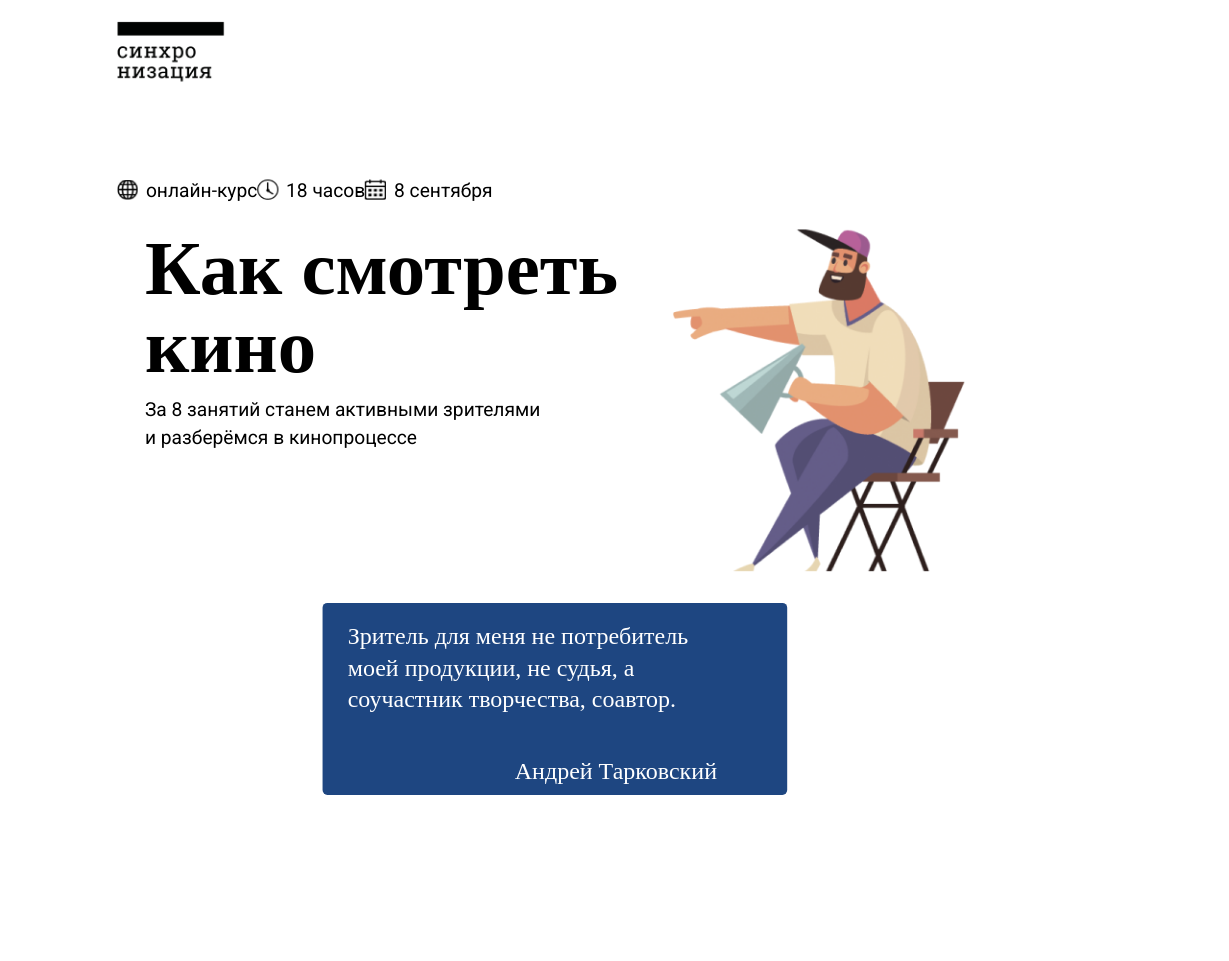
Repository: simralgasimov/task5
Page: index.html
An editor plug-in stored every save of this project. The page is shown before and after the next save, followed by the edit.
The browser window is 1280 px wide. The pictures show the whole page, at 96% of full size.

Above is the page before, as saved 2023-08-28 13:22:20.

After the next save:
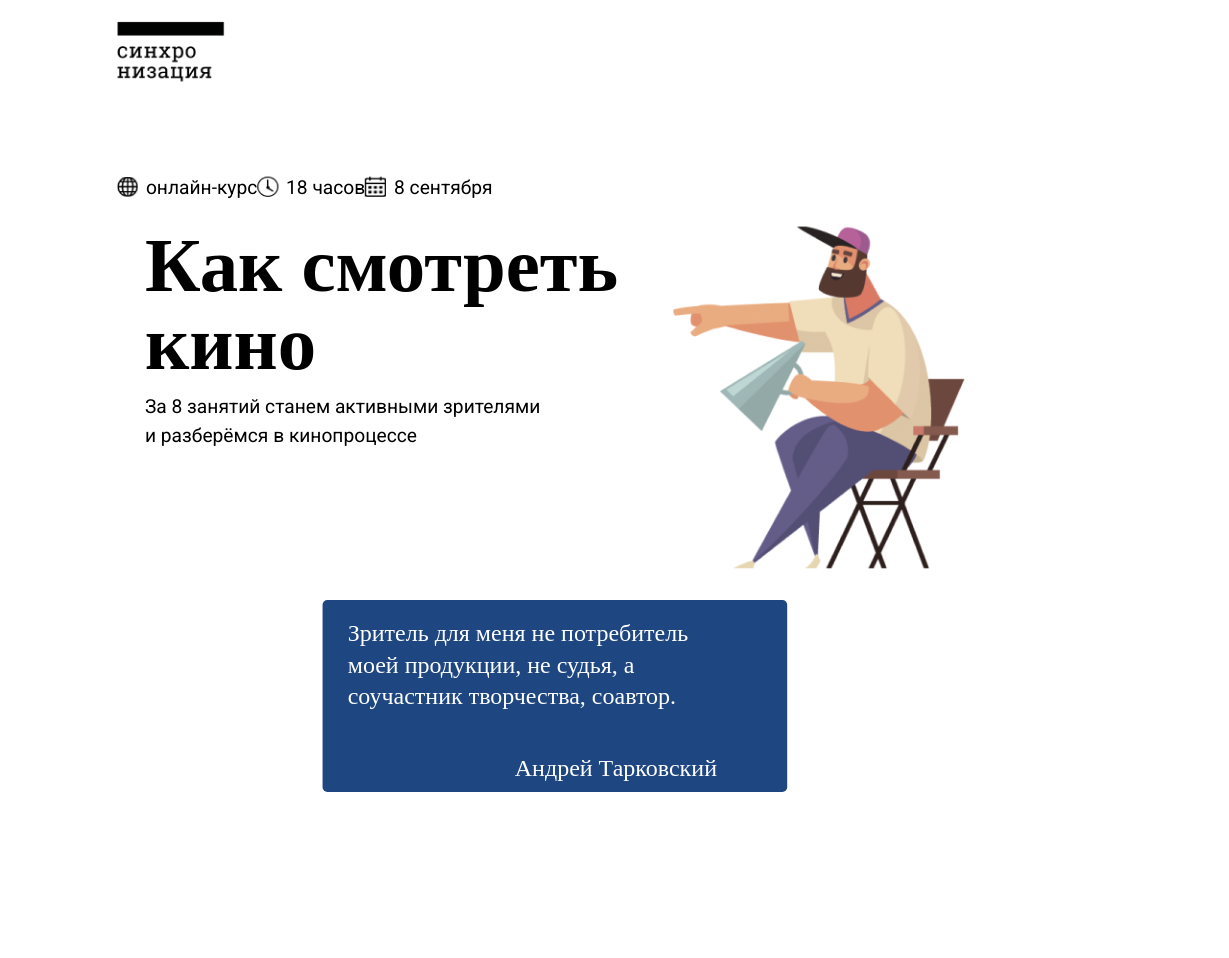
Saved 35 s later.
--- a/index.css
+++ b/index.css
@@ -16,7 +16,7 @@
 
 .headline {
   display: flex;
-  margin-top: 100px;
+  margin-top: 97px;
 }
 .headline div{
   display: flex;
